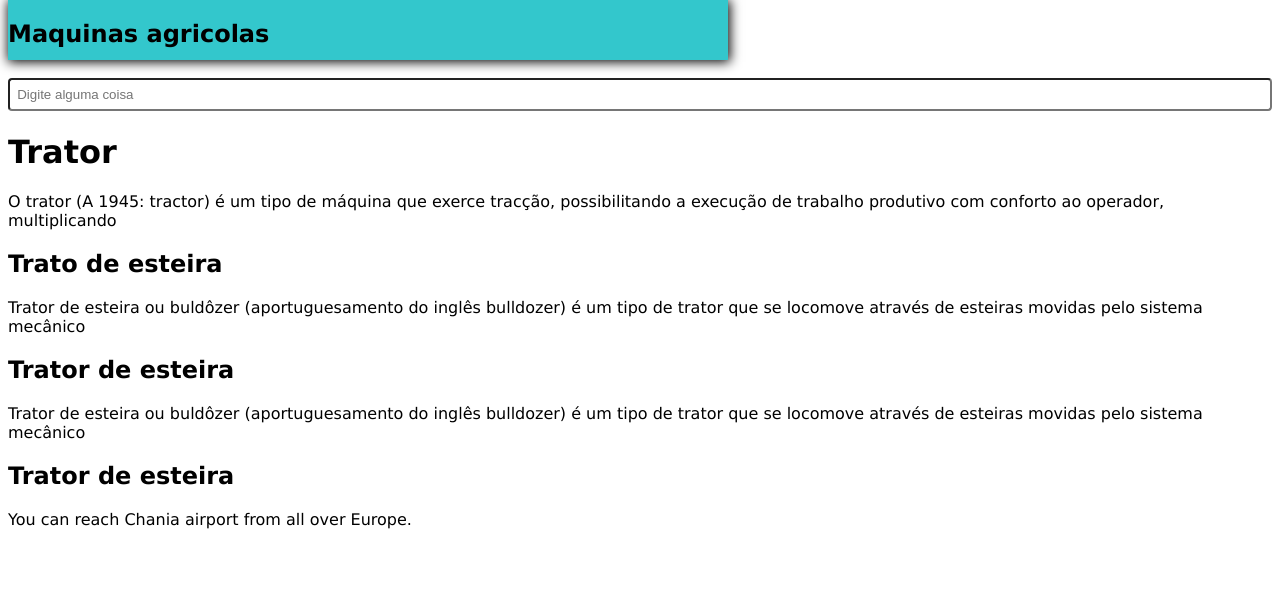
Repository: ecrseer/pesquisa-carros-html
Page: news.html
An editor plug-in stored every save of this project. The page is shown before and after a run of saves, followed by the edit.
The browser window is 1280 px wide. The pictures show the whole page.

Above is the page before, as saved 2022-01-21 16:31:23.

### news.html
<!doctype html>

<html lang="pt-br">
  <html lang="pt-br">
    <head>
        <meta charset="UTF-8"/>
        <meta name="viewport" content="width=device-width,
        initial-scale=1.0"/>
        <meta http-equiv="X-UA-Compatible" content="ie=edge">
        <title>Vendarro LTDA</title>

  <link rel="stylesheet" href="news.css">

</head>

<body>
    <nav class="header">
        <h1>Maquinas agricolas</h1>

      </nav>
      <div class="">
        <div class="espaco"></div>
        <div class="row">
               <input type="text" class="maxwidth borda-redonda" placeholder="Digite alguma coisa">
        </div>


        <div  >
          <h1>Trator</h1>
          <p>O trator (A 1945: tractor) é um tipo de máquina que exerce tracção, possibilitando a execução de trabalho produtivo com conforto ao operador, multiplicando </p>
        </div>

        <div class="col-3 col-s-12">
          <div class="aside">
            <h2>Trato de esteira</h2>
            <p>Trator de esteira ou buldôzer (aportuguesamento do inglês bulldozer) é um tipo de trator que se locomove através de esteiras movidas pelo sistema mecânico</p>
            <h2>Trator de esteira</h2>
            <p>Trator de esteira ou buldôzer (aportuguesamento do inglês bulldozer) é um tipo de trator que se locomove através de esteiras movidas pelo sistema mecânico</p>
            <h2>Trator de esteira</h2>
            <p>You can reach Chania airport from all over Europe.</p>

          </div>
        </div>


      </div>

  <script src="scripts.js"></script>

</body>
</html>

### news.css
* {
    box-sizing: border-box;
    --topbar-altura:60px;
  }

  html {
    font-family: "Lucida Sans", sans-serif;
  }
  .espaco{
    height: calc(var(--topbar-altura) + 10px);
  }
  .maxwidth{
    width: 100%;
  }
  .borda-redonda{
    border-radius: 4px;
  }
  input{
    padding: 1vh;

  }

  .header {
    background-color: #33c7cc;
    position: fixed;
    top:0;
    width: 100vh;
    max-height: var(--topbar-altura);
    box-shadow: 1px 1px 11px 1px;
  }

### scripts.js
function recurs(nmbr){

    if (nmbr==1)
    return 1;
    else
    arr.push(3*recurs(nmbr-1));
}

let
    isWhite = false,
    arr=[];
    let
    fixo=new Array(5);

    fixo[0]='E';
    fixo[4]='S';
    console.log(fixo);


function changeTheme(){
    isWhite ? document.querySelector("body").style.backgroundColor='#010101' :
    document.querySelector("body").style.backgroundColor='#fff';

    isWhite= !isWhite;

    function hapn(){
        console.log('data');
    }

    console.log(arr);
}

After the next 3 saves:
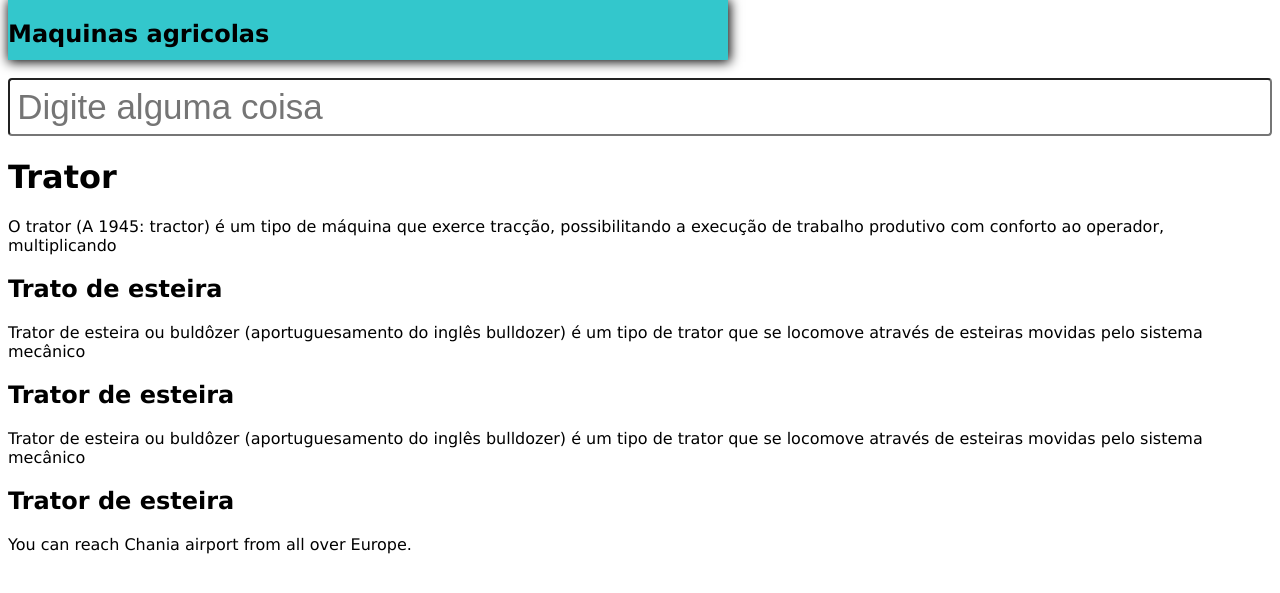
The 3 saves are shown as one change because they came seconds apart.
The last was saved 17 s later.
--- a/news.css
+++ b/news.css
@@ -17,7 +17,7 @@
   }
   input{
     padding: 1vh;
-
+    font-size: 35px;
   }
 
   .header {
